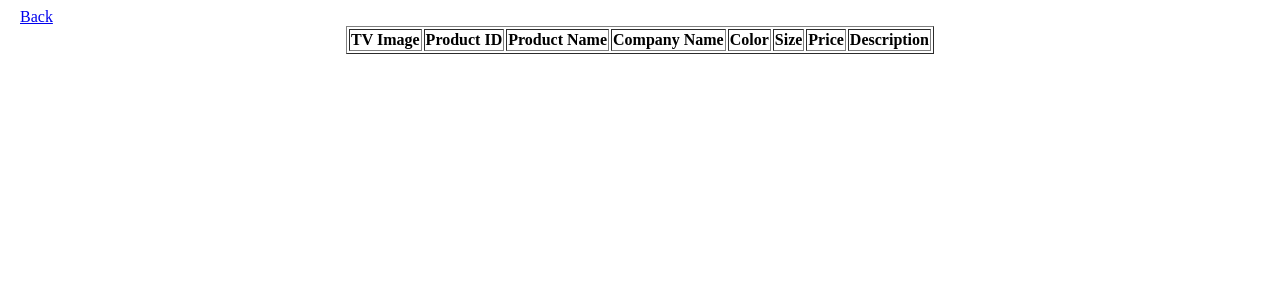
Repository: harshalsakpal/Catalog
Page: http://localhost/Catalog/pages/listTV.jsp
These files come from the project's save history. The page is drawn as it stood at one moment and after the next save; the edit follows.
The browser window is 1280 px wide. The pictures show the whole page.
The page is served by Tomcat 9.

Above is the page before, as saved 2014-05-21 08:43:12.

After the next save:
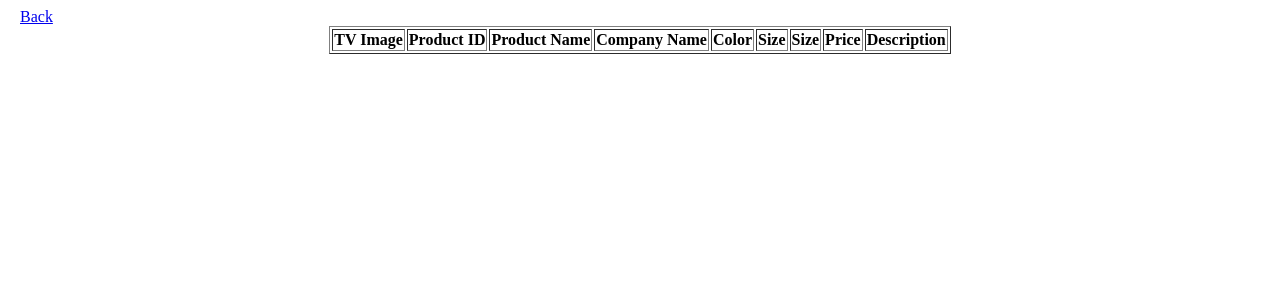
Saved 25 s later.
--- a/Catalog/WebContent/pages/listTV.jsp
+++ b/Catalog/WebContent/pages/listTV.jsp
@@ -19,6 +19,7 @@
 			<td align="center"><b>Product Name</b></td>
 			<td align="center"><b>Company Name</b></td>
 			<td align="center"><b>Color</b></td>
+			<td align="center"><b>Size</b></td>
 			<td align="center"><b>Size</b></td>
 			<td align="center"><b>Price</b></td>
 			<td align="center"><b>Description</b></td>
